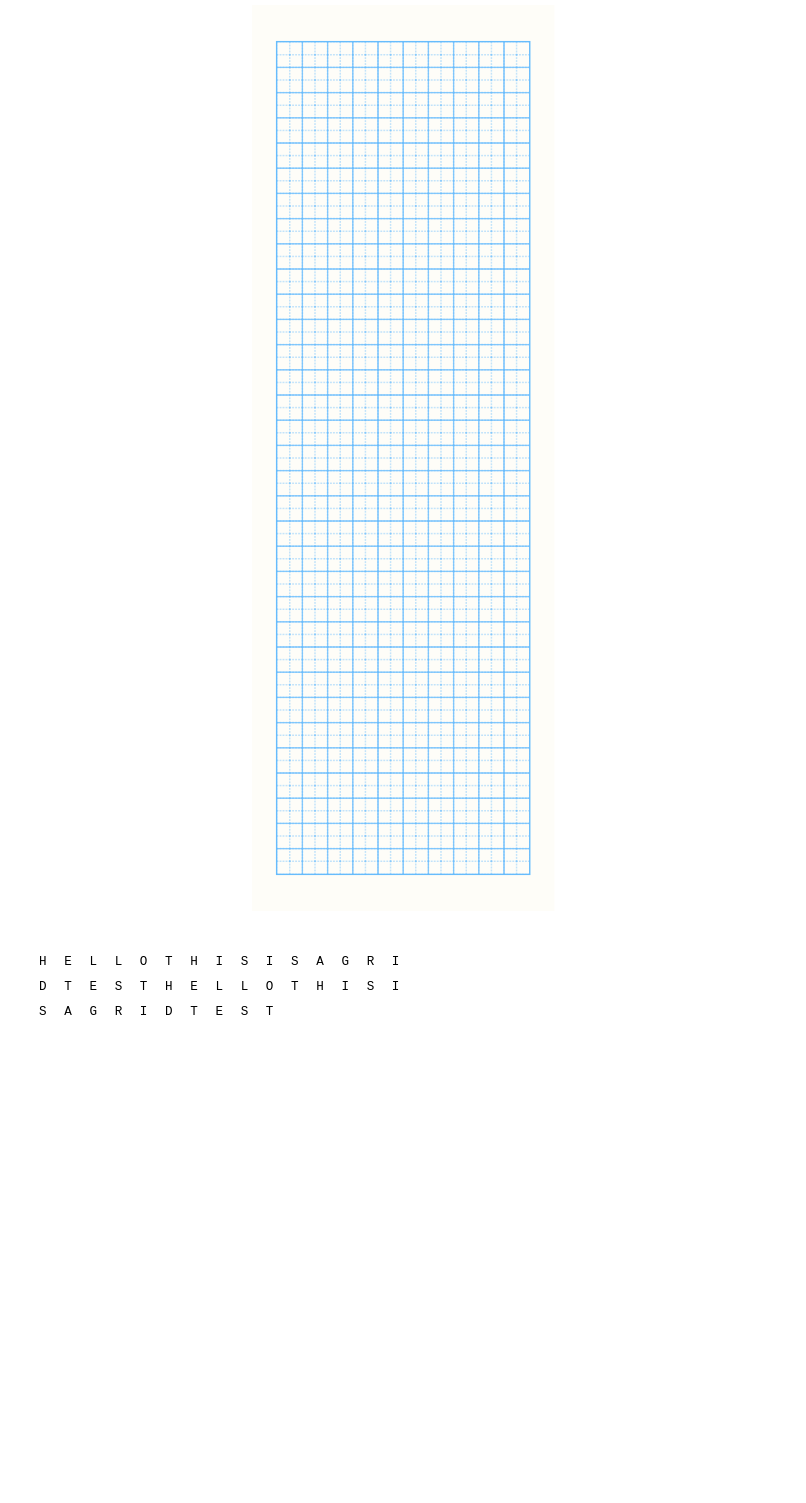
Repository: pyrcl090/p-p
Page: index.html
These files come from the project's save history. The page is drawn as it stood at one moment and after a run of saves; the edit follows.
The browser window is 1280 px wide. The pictures show the whole page, at 63% of full size.

Above is the page before, as saved 2025-03-30 10:31:57.
Not found: image.jpg

### index.html
<!DOCTYPE html>
<html lang="en">
<head>
    <meta charset="UTF-8">
    <meta name="viewport" content="width=device-width, initial-scale=1.0">
    <title>Pube</title>
    <link rel="stylesheet" href="style.css">
</head>
<body>

    <div class="page">
        <div class="grid-container"></div>
    </div>

    <div class="text">
    <div class="overlay-grid"></div>
    </div>

</body>
<script src="script.js" async defer></script>
</html>

### style.css
*{

}

body{
    background: url('image.jpg') center/cover no-repeat;
}

.page{
    background-color: rgb(254, 253, 248);
    margin: auto;
    width: fit-content;
    height: fit-content;
    padding-top: 3.7em;
    padding-bottom: 3.7em;
    padding-left: 2.5em;
    padding-right: 2.5em;
    position: relative;
}
.grid-container {
    display: grid;
    grid-template-columns: repeat(10, 40px);
    grid-template-rows: repeat(22, 40px);
    outline: 2px solid rgb(88, 181, 253);
    width: fit-content;
    margin: auto;
    opacity: .9;
}
.grid-item {
    display: grid;
    position: relative;
    grid-template-columns: repeat(2, 1fr);
    grid-template-rows: repeat(2, 1fr);
    outline: .5px solid rgb(88, 181, 253);
    width: 40px;
    height: 40px;
}
.sub-cell {
    outline: 0.25px dashed rgb(88, 181, 253);
    opacity: .5;
    width: 100%;
    height: 100%;
}

.text{
    position: absolute;
    background-color: transparent;
    margin: auto;
    width: fit-content;
    height: fit-content;
    padding-top: 3.7em;
    padding-bottom: 3.7em;
    padding-left: 2.5em;
    padding-right: 2.5em;
}
.overlay-grid {
    position: absolute;
    display: grid;
    grid-template-columns: repeat(15, 40px);
    grid-template-rows: repeat(22, 40px);
    width: fit-content;
    margin: auto;
    pointer-events: none;
}

.overlay-item {
    display: flex;
    align-items: center;
    justify-content: center;
    font-family: 'Courier New', monospace;
    font-size: 20px;
    text-align: center;
    color: black;
}

### script.js
const gridContainer = document.querySelector('.grid-container');
        const overlayGrid = document.querySelector('.overlay-grid');
        const text = "HELLOTHISISAGRIDTESTHELLOTHISISAGRIDTEST".split(""); // Example text

        let index = 0;

        // Create the base grid items (with sub-cells)
        for (let i = 0; i < 22 * 15; i++) {
            let gridItem = document.createElement('div');
            gridItem.className = 'grid-item';

            // Add sub-cells inside each grid item
            for (let j = 0; j < 4; j++) {
                let subCell = document.createElement('div');
                subCell.className = 'sub-cell';
                gridItem.appendChild(subCell);
            }

            gridContainer.appendChild(gridItem);
        }

        // Create the overlay grid items (with text)
        for (let i = 0; i < 22 * 15; i++) {
            let overlayItem = document.createElement('div');
            overlayItem.className = 'overlay-item';

            // Add a letter from the text if available
            if (index < text.length) {
                overlayItem.textContent = text[index];
                index++;
            }

            overlayGrid.appendChild(overlayItem);
        }

After the next 3 saves:
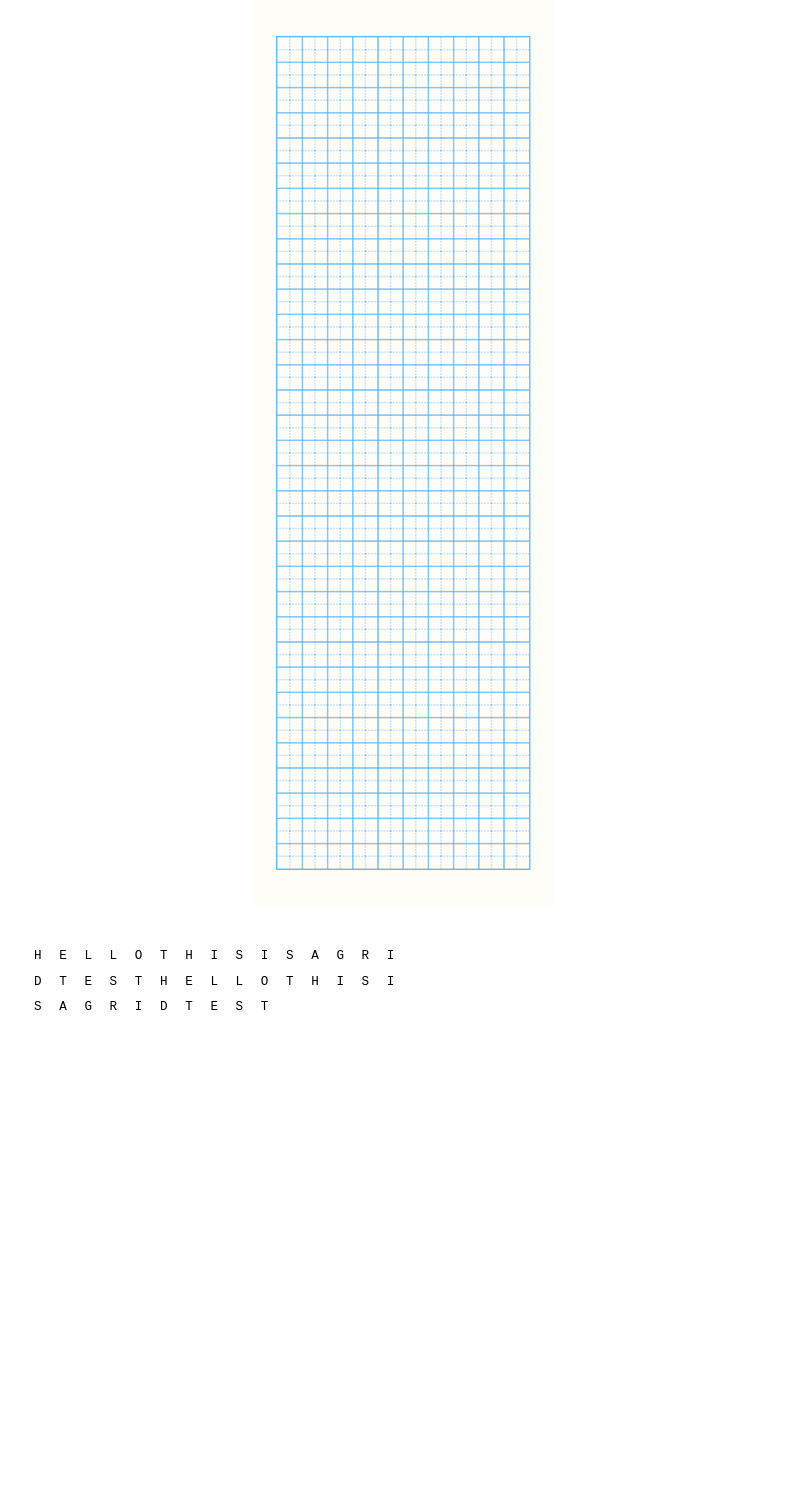
The 3 saves are shown as one change because they came seconds apart.
The last was saved 10 s later.
--- a/style.css
+++ b/style.css
@@ -3,6 +3,8 @@
 }
 
 body{
+    margin: 0;
+    padding: 0;
     background: url('image.jpg') center/cover no-repeat;
 }
 
